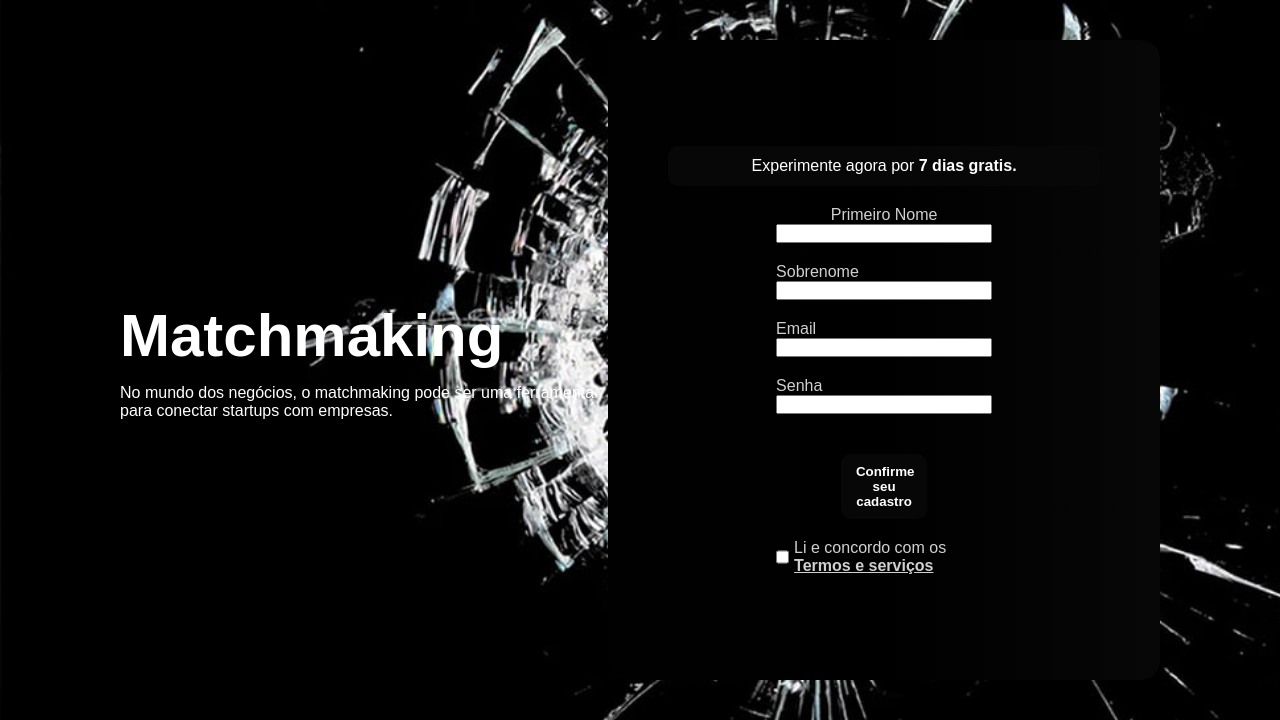
Repository: analessp/tela-login
Page: index.html
These files come from the project's save history. The page is drawn as it stood at one moment and after a run of saves; the edit follows.
The browser window is 1280 px wide. The pictures show the whole page.
Some web fonts or font styles are not loaded; a fallback is used.

Above is the page before, as saved 2025-04-16 12:07:31.

After the next 2 saves:
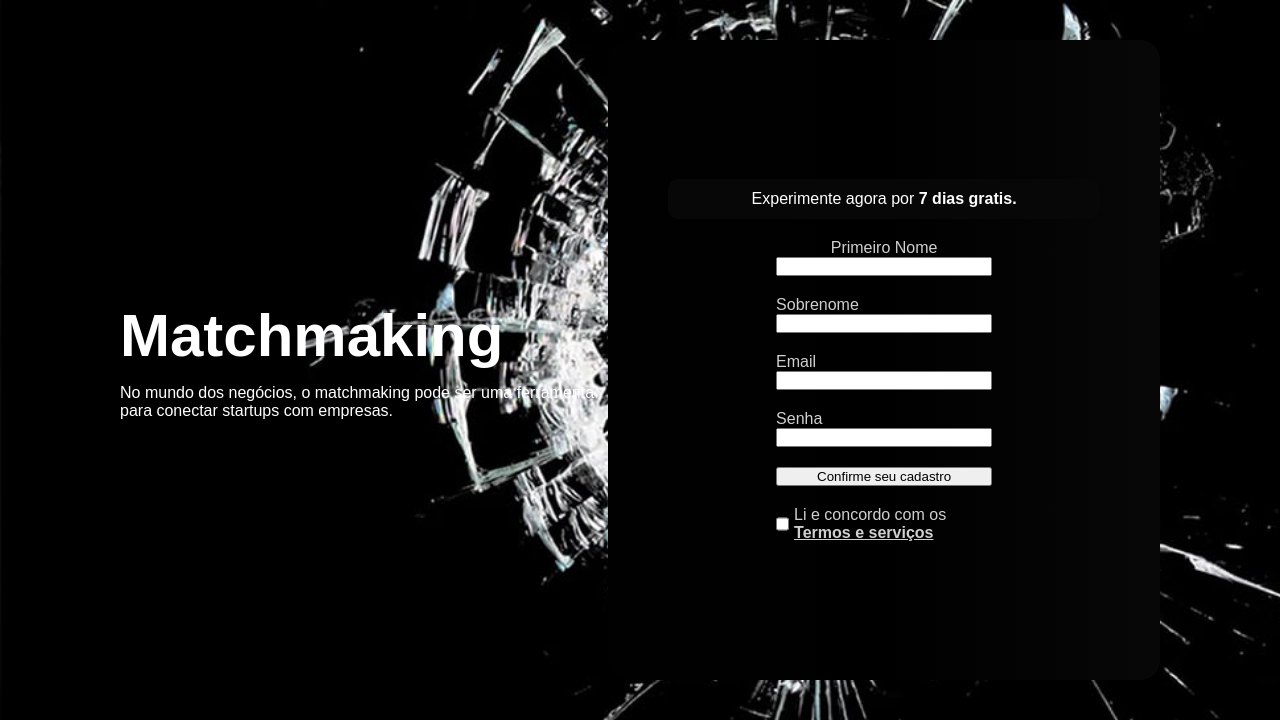
The 2 saves are shown as one change because they came seconds apart.
The last was saved 12 s later.
--- a/style.css
+++ b/style.css
@@ -105,6 +105,8 @@
     text-align: center;
 }
 
+.forms
+
 .forms button {
     cursor: pointer;
     margin-top: 20px;

After the 2 saves that followed:
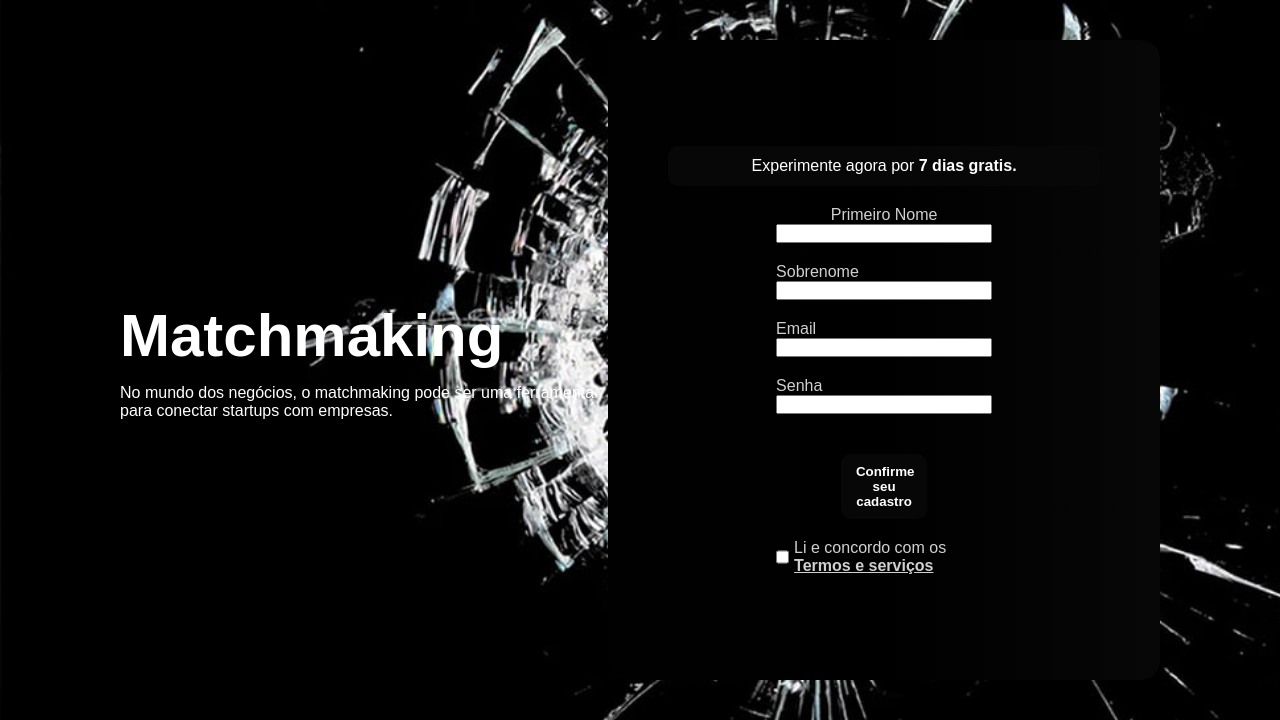
The 2 saves are shown as one change because they came seconds apart.
The last was saved 8 s later.
--- a/style.css
+++ b/style.css
@@ -105,7 +105,9 @@
     text-align: center;
 }
 
-.forms
+.forms input {
+
+}
 
 .forms button {
     cursor: pointer;
